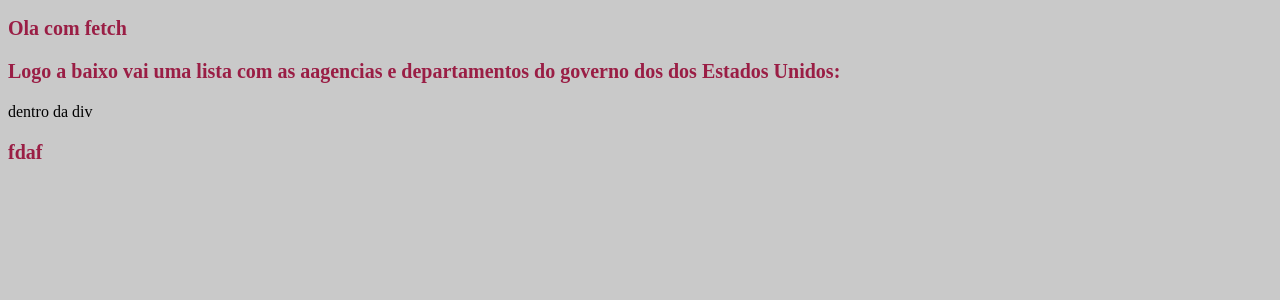
Repository: gustavo-eng/usaJobs
Page: index.html
An editor plug-in stored every save of this project. The page is shown before and after the next save, followed by the edit.
The browser window is 1280 px wide. The pictures show the whole page.
The page's requests for data from a server got no answer.

Above is the page before, as saved 2023-01-08 16:37:06.
Console error: ReferenceError: a is not defined

After the next save:
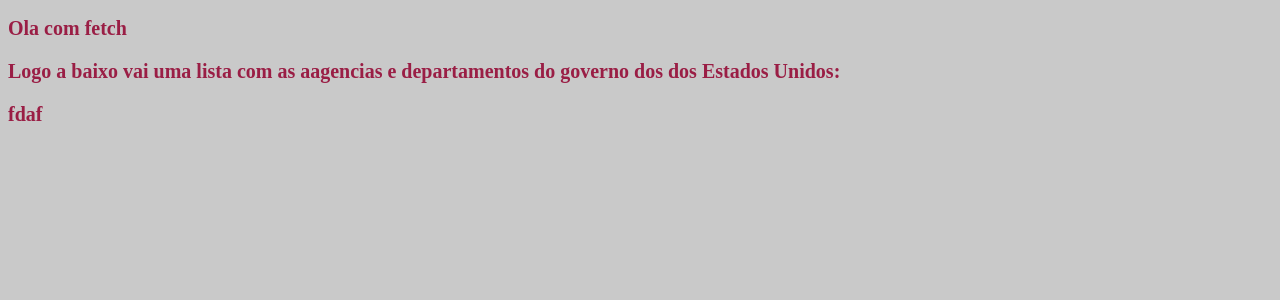
Saved 13 s later.
--- a/index.html
+++ b/index.html
@@ -16,10 +16,10 @@
 
     </div>
     <script>
-        const div =  document.querySelector('div').innerHTML = 'dentro da div '
-        const paragrafo = document.createElement("p")
-        paragrafo.innerText = 'fdaf'
-        document.body.appendChild(paragrafo)
+        const div =  document.querySelector('div');
+        const paragrafo = document.createElement("p");
+        paragrafo.innerText = 'fdaf';
+        document.body.appendChild(paragrafo);
 
 
 
